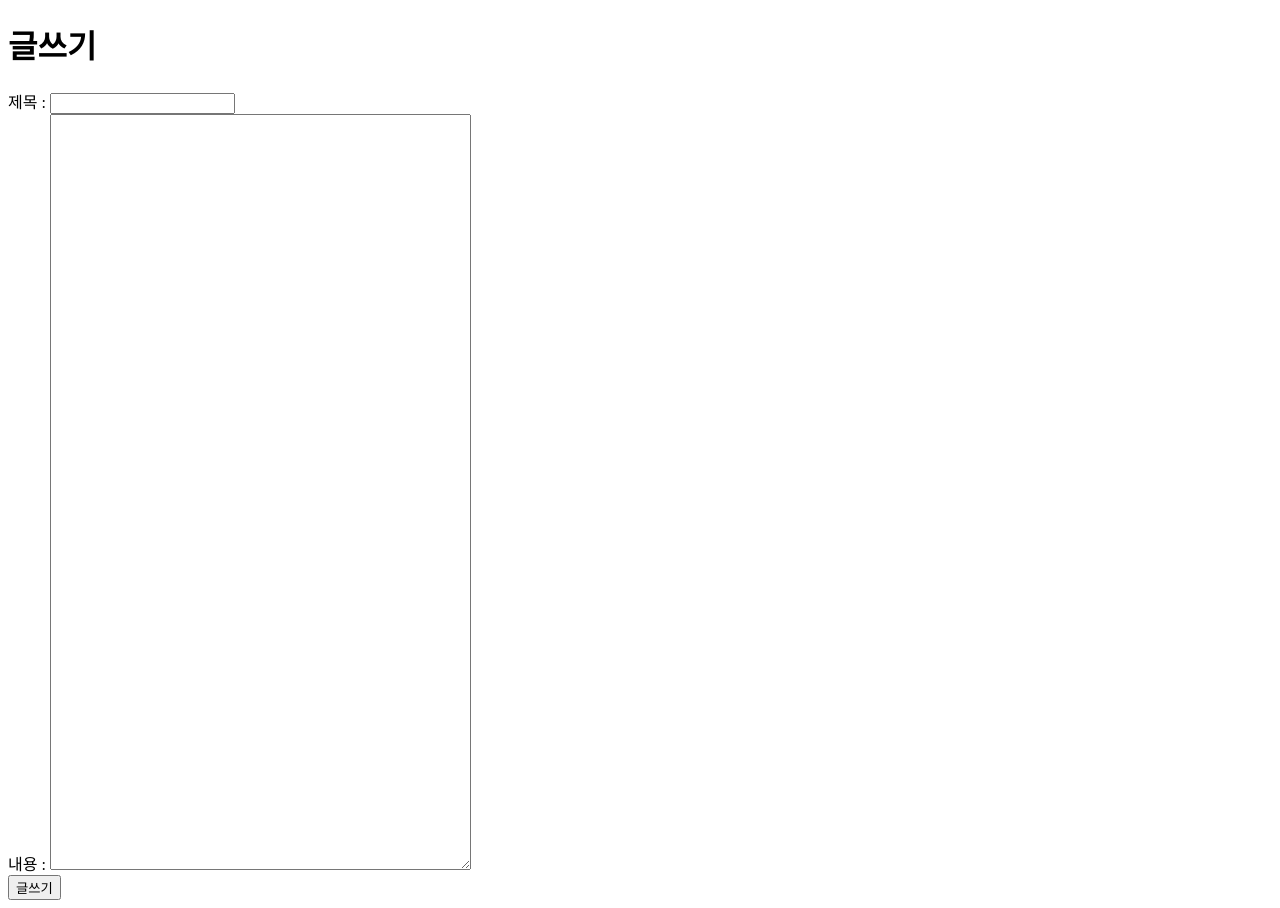
Repository: Bigdog93/WebworkspacePT
Page: http://localhost/BoardVer3/write
The author's editor kept a copy of each file at every save. The page is drawn from the files as they stood at one save, then again after the next save.
The browser window is 1280 px wide. The pictures show the whole page.
The page is served by Tomcat 9.

Above is the page before, as saved 2021-04-28 01:23:33.

After the next save:
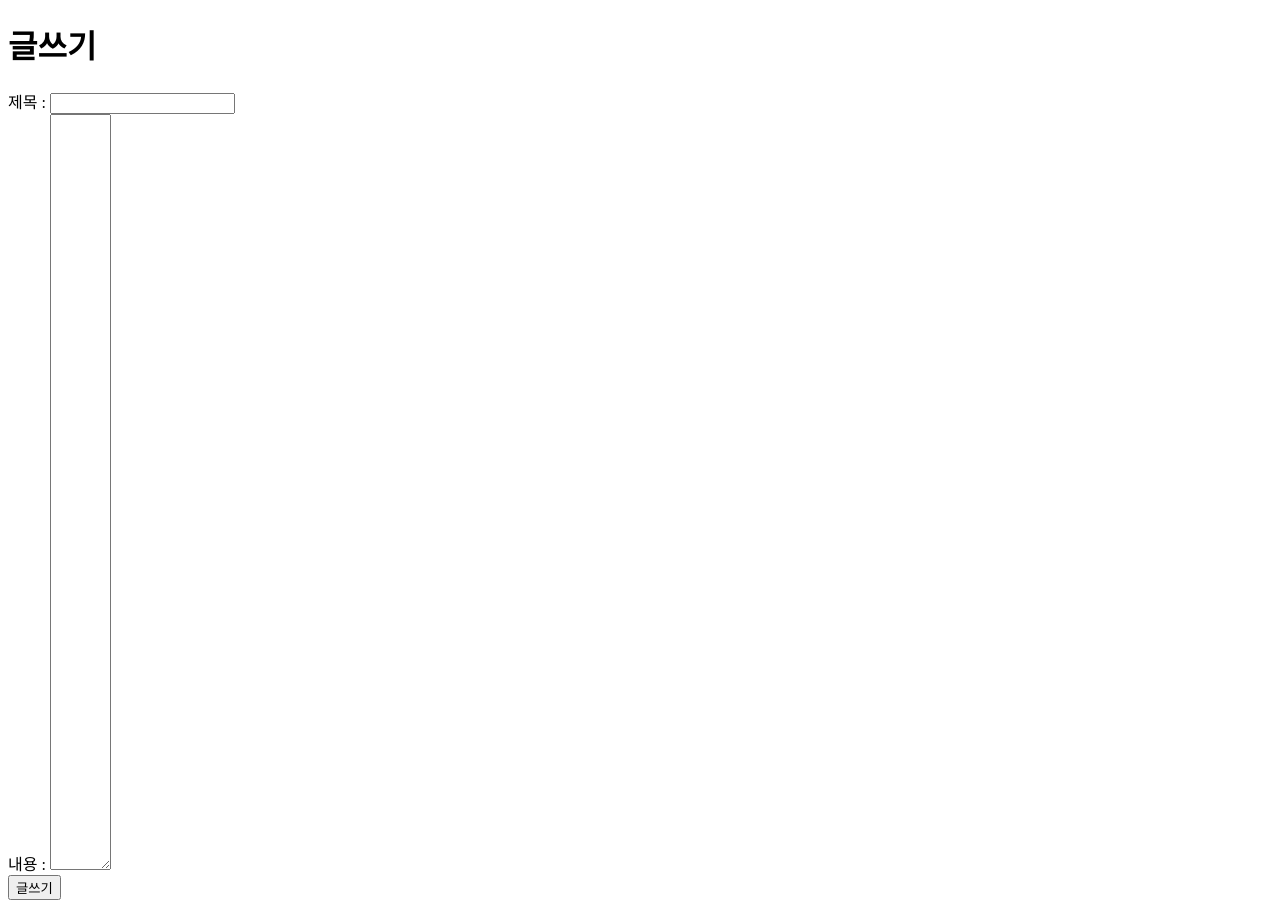
Saved 12 s later.
--- a/WebWorkSpace/BoardVer3/src/main/webapp/WEB-INF/jsp/write.jsp
+++ b/WebWorkSpace/BoardVer3/src/main/webapp/WEB-INF/jsp/write.jsp
@@ -13,7 +13,7 @@
 			제목 : <input type="text" name="title">
 		</div>
 		<div>
-			내용 : <textarea rows="50" cols="50" name="ctnt"></textarea>
+			내용 : <textarea rows="50" cols="5" name="ctnt"></textarea>
 		</div>
 		<input type="submit" value="글쓰기">
 	</form>
